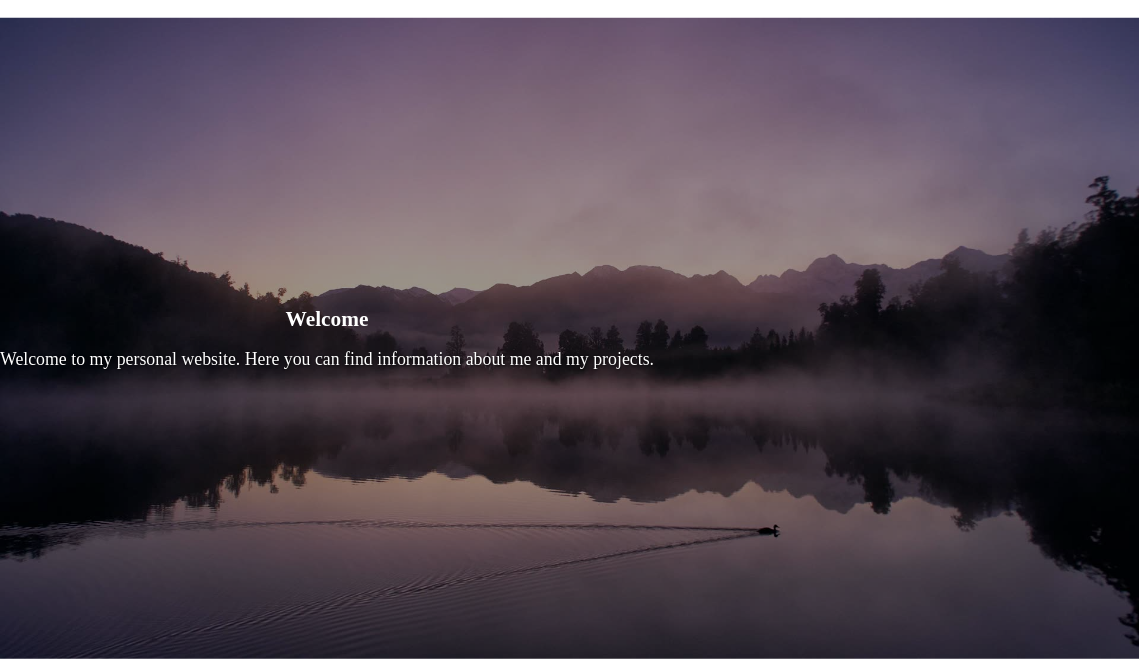
Repository: cydxf/cydxf.github.io
Page: index.html
These files come from the project's save history. The page is drawn as it stood at one moment and after the next save; the edit follows.
The browser window is 1280 px wide. The pictures show the whole page, at 89% of full size.

Above is the page before, as saved 2024-08-02 01:44:03.

After the next save:
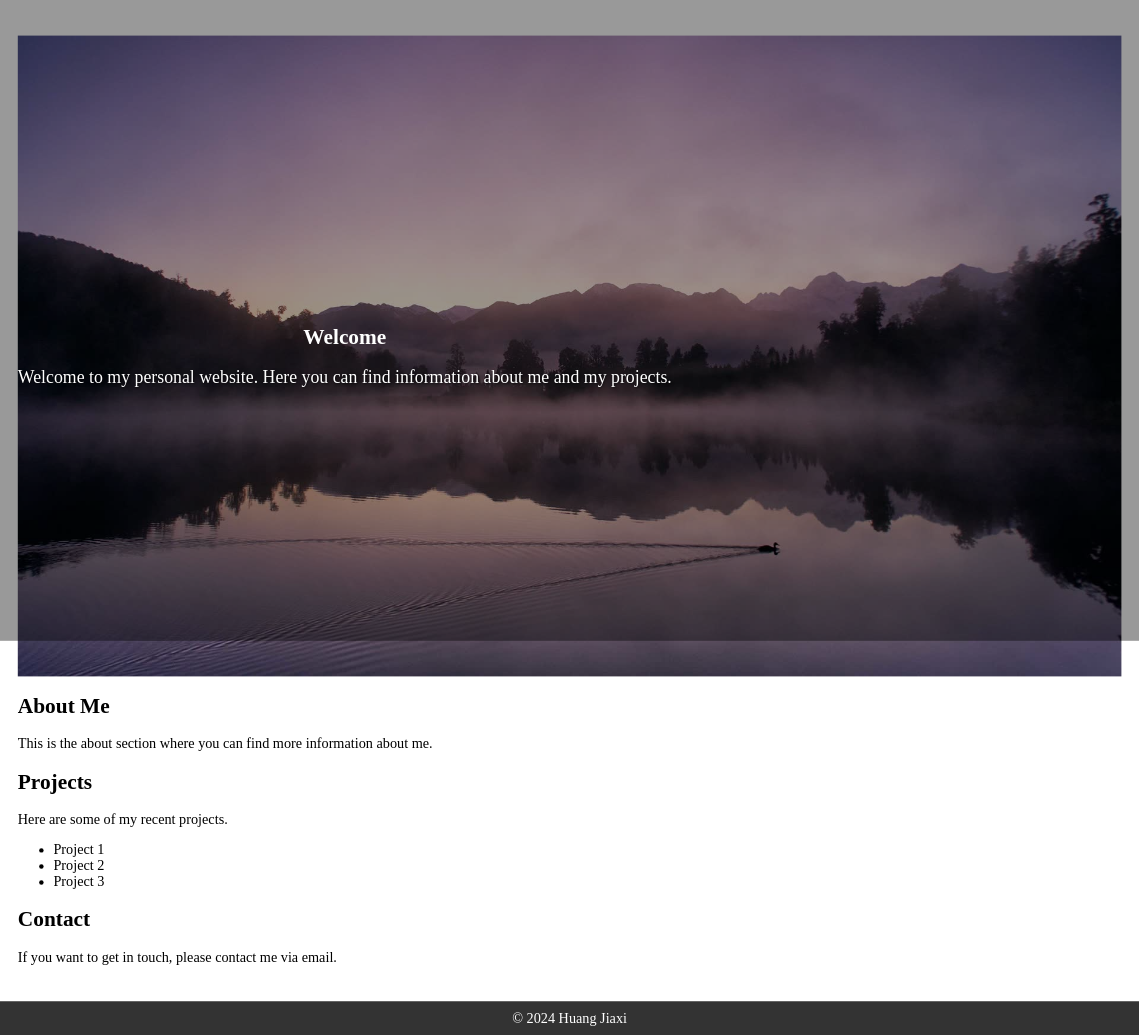
Saved 7 s later.
--- a/css/styles.css
+++ b/css/styles.css
@@ -6,7 +6,7 @@ body, html {
 }
 
 .hero {
-    position: absolute;    width: 100%;
+    width: 100%;
     height: 100vh; /* Viewport height */
     left: 0;
     top: 0;
